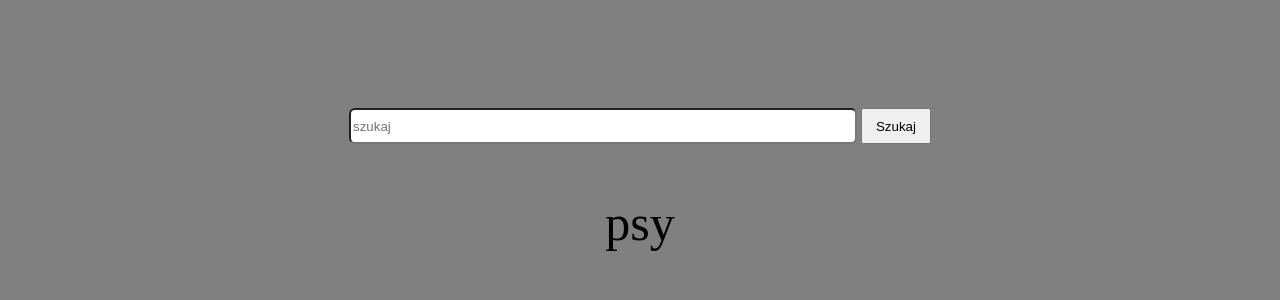
Repository: kq333/wyszukiarka-filmowa
Page: index.html
These files come from the project's save history. The page is drawn as it stood at one moment and after the next save; the edit follows.
The browser window is 1280 px wide. The pictures show the whole page.
The style sheet was rebuilt from its Sass, Less or Tailwind sources for each picture, by a compiler version that may differ from the author's.

Above is the page before, as saved 2021-01-20 12:43:50.

### index.html
<!DOCTYPE html>
<!--[if lt IE 7]>      <html class="no-js lt-ie9 lt-ie8 lt-ie7"> <![endif]-->
<!--[if IE 7]>         <html class="no-js lt-ie9 lt-ie8"> <![endif]-->
<!--[if IE 8]>         <html class="no-js lt-ie9"> <![endif]-->
<!--[if gt IE 8]>      <html class="no-js"> <!--<![endif]-->
<html>
    <head>
        <meta charset="utf-8">
        <meta http-equiv="X-UA-Compatible" content="IE=edge">
        <title></title>
        <meta name="description" content="">
        <meta name="viewport" content="width=device-width, initial-scale=1">
        <link rel="stylesheet" href="style/style.css">
    </head>


    <body>
        <!--[if lt IE 7]>
            <p class="browsehappy">You are using an <strong>outdated</strong> browser. Please <a href="#">upgrade your browser</a> to improve your experience.</p>
        <![endif]-->

        <main>
            <div id="container">
                    <div class="searchBar">
                        <input id="search" type="text" placeholder="szukaj" onfocus="this.value=''">
                        <button id="btn">Szukaj</button>
                    </div>

                        <div class="movieTitle">psy</div>

                            <div class="mainContent">
                                <div class="leftSide">
                                    <div class="poster"></div>
                                </div>

                                    <div class="rightSide">
                                        <div class="director">
                                            <span class="Name"></span>
                                            <span class="DirectorName"></span>
                                        </div>
                                            <div class="Actors">
                                                <span class="Name"></span>
                                                <span class="ActorsName"></span>
                                            </div>
                                                <div class="Country">
                                                    <span class="Name"></span>
                                                    <span class="CountryName"></span>
                                                </div>
                                                    <div class="Year">
                                                        <span class="Name"></span>
                                                        <span class="YearName"></span>
                                                    </div>
                                                        <div class="Genre">
                                                            <span class="Name"></span>
                                                            <span class="GenreName"></span>
                                                        </div>
                                                            <div class="Plote">
                                                                <span class="Name"></span>
                                                                <span class="PloteName"></span>
                                                            </div>
                                    </div>
                            </div>
            </div>

            <footer>
                <div class="description"></div>
            </footer>
        </main>

        <script src="script.js" async>

        </script>
    </body>
</html>

### script.js
const btn = document.getElementById("btn");



btn.addEventListener('click', ()=>{

 document.getElementById("image").innerHTML ="";


 const search = document.getElementById("search").value;

 const url =   'http://www.omdbapi.com/?apikey=7bd5b2c8&t=';

//   const url = 'http://api.tvmaze.com/search/shows?q=';


  const result  = url + search;
  fetch(result)

  .then((res)=>{
      return res.json();
  })
  .then((data)=>{
     document.getElementById("demo").innerHTML = data.Title;
      console.log(data)
      console.log(data.Actors)
      console.log(data.Poster)
      let poster = data.Poster

      imageCreate = () =>{
          const elem = document.createElement("img")
          document.getElementById("image").appendChild(elem);
          elem.src = poster;
      }
      imageCreate();



  })
})

### style/style.scss
body{
    background-color: grey;
}

#container{
    width:1000px;
    height: auto;
    margin:auto;
    display:grid;
    grid-template-columns: auto;
    grid-template-areas:"searchBar"
                        "movieTitle"

                        ;





.searchBar{
    grid-area:searchBar;
    margin:auto;
    margin-top:100px;

    #search{
        width: 500px;
        height: 30px;
        border-radius: 6px;
    }

    #btn{
        width: 70px;
        height: 36px;
    }


}

.movieTitle{
    grid-area: movieTitle;
    margin:auto;
    margin-top:50px;
    font-size: 50px;
}












}

After the next save:
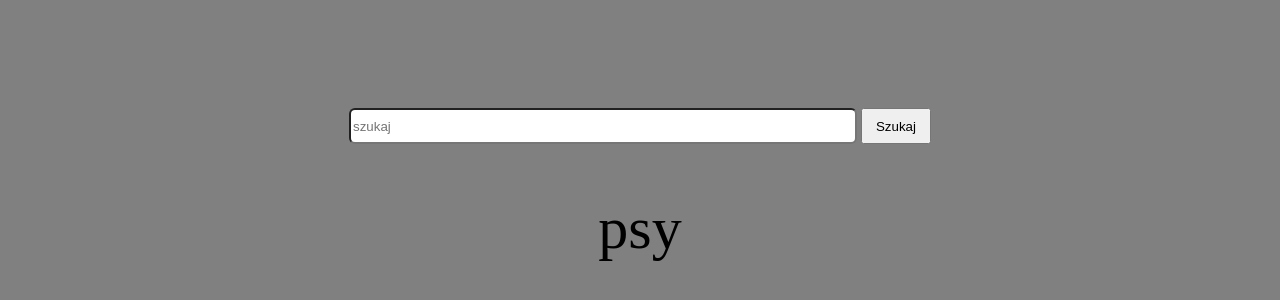
Saved 5 s later.
--- a/style/style.scss
+++ b/style/style.scss
@@ -40,7 +40,7 @@ body{
     grid-area: movieTitle;
     margin:auto;
     margin-top:50px;
-    font-size: 50px;
+    font-size: 60px;
 }
 
 
